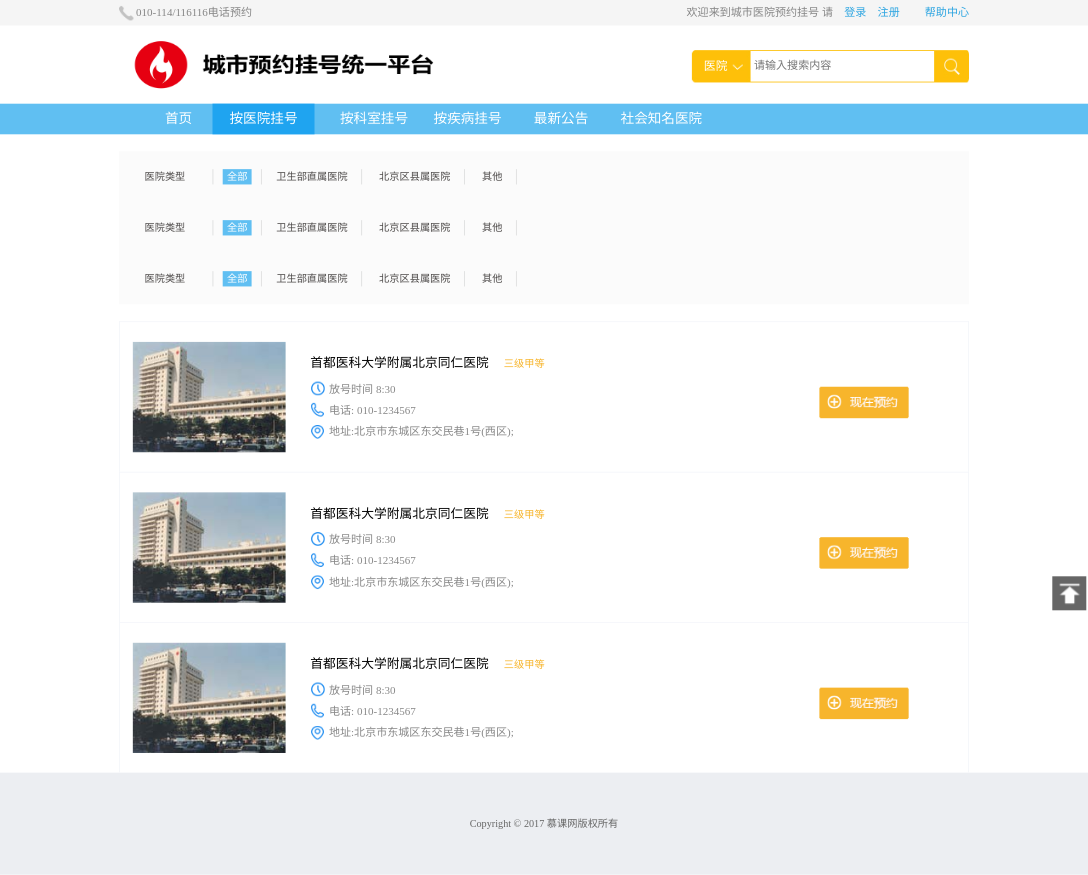
Repository: ScarApocalypse/study
Page: 挂号平台/hosptial.html
These files come from the project's save history. The page is drawn as it stood at one moment and after the next save; the edit follows.
The browser window is 1280 px wide. The pictures show the whole page, at 85% of full size.

Above is the page before, as saved 2019-01-22 14:34:30.

### 挂号平台/hosptial.html
<!DOCTYPE html>
<html lang="en">

<head>
    <meta charset="UTF-8">
    <title>城市预约挂号</title>
    <link rel="stylesheet" href="css/layout.css">
    <link rel="stylesheet" type="text/css" href="css/base.css">
    <link rel="stylesheet" type="text/css" href="css/ui.css">
    <link rel="stylesheet" href="css/hosptial.css">
    <script type="text/javascript" src="js/jquery-1.7.1.min.js"></script>
    <script type="text/javascript" src="js/data.js"></script>
    <script src="js/hosptial.js"></script>
</head>

<body>
    <!-- 顶部区域 -->
    <div id="top" class="top">
        <div class="wrap">
            <p class="call">010-114/116116电话预约</p>
            <p class="welcome">欢迎来到城市医院预约挂号&nbsp;请&nbsp;<a href="#">登录</a>
                <a href="#">注册</a>
                &nbsp;&nbsp;&nbsp;&nbsp;
                <a href="#">帮助中心</a>
            </p>

        </div>
    </div>
    <!-- 头部区域 -->
    <div id="header" class="header">
        <div class="wrap">
            <a href="index.html" class="logo">
                <img src="img/logo.png">
            </a>
            <div class="search ui-search">
                <div class="ui-search-selected">医院</div>
                <div class="ui-search-selected-list">
                    <a href="#">科室</a>
                    <a href="#">疾病</a>
                    <a href="#">医院</a>

                </div>
                <input class="ui-search-input" type="text" name="search-content" placeholder="请输入搜索内容">
                <a href="#" class="ui-search-submit"></a>
            </div>
        </div>
    </div>
    <!-- 导航栏区域 -->
    <div id="nav" class="nav">
        <div class="wrap">
            <a href="index.html" class="link">首页</a>
            <a href="hosptial.html" class="link link_focus">按医院挂号</a>
            <a href="#" class="link">按科室挂号</a>
            <a href="#" class="link">按疾病挂号</a>
            <a href="#" class="link">最新公告</a>
            <a href="#" class="link right">社会知名医院</a>
        </div>
    </div>
    <!-- 筛选区域 -->
    <div id="filter" class="filter wrap">
        <!-- 标题区域 -->
        <div class="group">
            <div class="caption">
                医院类型
                <a href="#" class="condition condition_focus">全部</a>

            </div>
            <a href="#" class="condition">卫生部直属医院</a>
            <a href="#" class="condition">北京区县属医院</a>
            <a href="#" class="condition">其他</a>
        </div>
        <div class="group">
            <div class="caption">
                医院类型
                <a href="#" class="condition condition_focus">全部</a>

            </div>
            <a href="#" class="condition">卫生部直属医院</a>
            <a href="#" class="condition">北京区县属医院</a>
            <a href="#" class="condition">其他</a>
        </div>
        <div class="group">
            <div class="caption">
                医院类型
                <a href="#" class="condition condition_focus">全部</a>

            </div>
            <a href="#" class="condition">卫生部直属医院</a>
            <a href="#" class="condition">北京区县属医院</a>
            <a href="#" class="condition">其他</a>
        </div>

    </div>
    <!-- 列表区域 -->
    <div class="datalist wrap">
        <div class="item">
            <div class="cover"><img src="img/hospital-1.jpg" alt=""></div>
            <div class="name">
                首都医科大学附属北京同仁医院
                <span class="level">三级甲等</span>
            </div>
            <div class="time">放号时间 8:30</div>
            <div class="phone">电话: 010-1234567</div>
            <div class="address">地址:北京市东城区东交民巷1号(西区);</div>
            <a href="#" class="button">&nbsp;</a>
        </div>
        <div class="item">
            <div class="cover"><img src="img/hospital-1.jpg" alt=""></div>
            <div class="name">
                首都医科大学附属北京同仁医院
                <span class="level">三级甲等</span>
            </div>
            <div class="time">放号时间 8:30</div>
            <div class="phone">电话: 010-1234567</div>
            <div class="address">地址:北京市东城区东交民巷1号(西区);</div>
            <a href="#" class="button">&nbsp;</a>
        </div>
        <div class="item">
            <div class="cover"><img src="img/hospital-1.jpg" alt=""></div>
            <div class="name">
                首都医科大学附属北京同仁医院
                <span class="level">三级甲等</span>
            </div>
            <div class="time">放号时间 8:30</div>
            <div class="phone">电话: 010-1234567</div>
            <div class="address">地址:北京市东城区东交民巷1号(西区);</div>
            <a href="#" class="button">&nbsp;</a>
        </div>
    </div>
    <!-- 分页区域 -->
    <div class="pagination wrap">

    </div>
    <!-- 页脚区域 -->
    <div id="footer" class="footer">
        Copyright &copy 2017 慕课网版权所有
    </div>
    <!-- 回到顶部 -->
    <a class="go-top" href="#"></a>
    <script type="text/javascript" src="js/ui.js"></script>
</body>

</html>

### 挂号平台/css/layout.css
*{
	margin:0;
	padding:0;
}
.clearfix:after{
	content:' ';
	display: block;
	height:0;
	line-height: 0;
	clear:both;
	zoom:1;
}
.wrap{
	width: 1000px;
	margin:0 auto;
	position: relative;
}
.top{
	height: 30px;
	background-color:#f5f5f5;
}
.header{
	height: 92px;
}
.nav{
	height: 36px;
	background-color:#60bff2;
}
.banner{
	width: 802px;
	margin:0 auto;
	height: 414px;
	padding:9px 0 0 198px;
}
.banner-slider{
	float: left;
	width: 544px;
	height: 414px;
	background-color: #8edff3;
}
.banner-search{
	float:right;
	width:250px;
	height:255px;
	background-color: #eee;
}
.banner-help{
	float: right;
	width: 250px;
	height: 146px;
	background-color: #ccc;
	margin-top:12px;
}
.content{
	padding:10px 0 38px 0;
}
.content-tab{
	float: left;
	width: 742px;
	height: 490px;
	background-color: #eee;
}
.content-close,
.content-news{
	float: right;
	width: 248px;
	height: 236px;
	border:1px solid #ccc;
}
.content-close{
	margin-top:12px;
	border-color:red;
}
.footer{
	height:70px;
	padding:25px;
	background-color: #eceef2;
}

### 挂号平台/css/base.css
p{
	display: inline-block;
}
a{
	text-decoration: none;
}
select,input{
	border:none;
	outline:none;
}
img{
	display: block;
}
/*top样式*/
.top{
	line-height: 30px;
	font-size:13px;
	color:#868686;
}
.top .call{
	float:left;
	padding-left:20px;
	background:url(../img/icon-call.png) no-repeat center left;
}
.top .welcome{
	float: right;
}
.top a{
	color:#2da5e1;
	padding-left:10px;
}
/*header样式*/
.header .logo{
	width: 402px;
	height: 74px;
	padding:9px 0;
	display: inline-block;
}
.header .logo img{
	width: 100%;
	height: 100%;
}
.header .search{
	width: 326px;
	height: 38px;
	position: absolute;
	right:0;
	top:29px;
	background-color: orange;
}
/*nav样式*/
.nav .link{
	display: inline-block;
	float:left;
	padding-left:30px;
	line-height: 36px;
	color:#fff;
	font-size:16px;
	min-width:80px;
	text-align: center;
}
.nav .link_focus{
	color:#fff;
	background-color:#1fa4f0;
	padding:0 20px;
}
.nav a:hover{
	color:#d7f3ff;
}
.nav .menu{
	width: 130px;
	padding-right: 30px;
	background-color: #1fa4f0;
	position: relative;

}
.nav .menu .menu-list{
	position: absolute;
	background-color: #1fa4f0;
	width: 100%;
	height: 423px;
	left: 0;
	top:36px;

}
/*banner内样式*/
.banner-search{
	background-color: #fafafa
}
.banner-help .caption,
.banner-search .caption{
	height: 22px;
	padding:15px 0 15px 0;
	text-align: center;
}
.banner-help .caption .text,
.banner-search .caption .text{
	display: inline-block;
	height: 22px;
	line-height: 22px;
	padding-left:28px;
	color:#fec009;
	font-size:16px;
	background: url(../img/icon-help.png) no-repeat 0 0;
}

.banner-search .form{
	height: 150px;
}
.banner-search .form .line{
	padding-bottom:9px;
	text-align: center;
}
.banner-search .form .line select{
	width: 170px;
	font-size:12px;
	z-index:0;
	border:1px solid #dcdddd;
	height: 26px;
	line-height: 26px;
	padding:2px 0;
	border-radius: 5px;
	color:#666;
}
.banner-search .submit{
	height: 32px;
	text-align: center;
}
.banner-search .submit .button{
	width: 108px;
	height: 32px;
	background-color: #f3cd09;
	font-size: 14px;
	color:#fff;
	border-radius: 3px;
	cursor: pointer;
}
.banner-help{
	background-color: #fafafa;
}
.banner-help .caption .text{
	color:#00b3ea;
	background-position: 0 -23px;
}
.banner-help .link{
	color:#00b3ea;
	display: inline-block;
	width: 86px;
	height: 26px;
	line-height: 26px;
	font-size:14px;
	text-align: center;
	padding:0 0 8px 26px;
}
/*content样式*/

/*content新闻和停诊样式*/
.content-close,
.content-news{
	background-color:#fff;
	border:1px solid #f4f6fa;
}
.content-close .caption,
.content-news .caption{
	height:38px;
	line-height: 38px;
	background-color: #f4f6fa;
	text-indent:20px;
	color:#fec009;
	font-size:15px;
}
.content-close .more,
.content-news .more{
	float: right;
	padding-right: 22px;
	font-size:12px;
	color:#868686;
}
.content-close .list,
.content-news .list{
	padding: 15px 20px 13px 35px;
	line-height: 29px;
	font-size:12px;
	background: url(../img/list-yellow.jpg) 15px 22px no-repeat;
}
.content-close .list .link,
.content-news .list .link{
	display: block;
	color:#969696;
}
.content-close .caption{
	color:#4ab4ed;
}
.content-close .list{
	background: url(../img/list-blue.jpg) 15px 22px no-repeat;

}
/*tab样式*/
.content-tab{
	background: none;
}
.content-tab .caption{
	height: 34px;
	line-height: 34px;
	background-color: #f5f6fa;
}
.content-tab .caption .item{
	display: block;
	width: 112px;
	height: 34px;
	text-align: center;
	float: left;
	color:#00b3ea;
}
.content-tab .caption .item_focus{
	background-color: #60bff2;
	color:#fff;
}
.content .block{
	border:1px solid #f4f6fa;
	height: 452px;
}
.content-tab .block-caption{
	height: 26px;
	line-height: 26px;
	padding:8px;
	border-bottom:1px solid #f4f6fa;
}
.content-tab .block-caption-item{
	display: inline-block;
	padding:0 10px 0 10px;
	font-size:12px;
	color:#4c4948;
}
.content-tab .block-caption-item_focus{
	background-color: #60bff2;
	color:#fff;
}
.content-tab .block-content{
	padding:16px 12px;
}
.content-tab .block-content .block-list .item{
	float: left;
	width:216px;
	height: 102px;
	padding:0 20px 10px 120px;
	position: relative;
	font-size:12px;
}
.content-tab .block-content .block-list .item img{
	width: 110px;
	height: 98px;
	position: absolute;
	left:0;
	top:0;
}
.content-tab .block-content .block-list .item-name{
	color:#036eb7;
	font-size:14px;
	line-height: 21px;
	padding-top:13px;
}
.content-tab .block-content .block-list .item-level{
	float: right;
	font-size:12px;
	color:#979797;
}
.content-tab .block-content .block-list .item-phone,
.content-tab .block-content .block-list .item-address{
	/*font-size:12px;*/
	line-height: 18px;
	padding-bottom:4px;
	color:#666;
}
/*tab文案列表样式*/
.content-tab .block-content .block-text-list{

}
.content-tab .block-content .block-text-list .item{
	width: 351px;
	height: 27px;
	display: block;
	font-size:14px;
	color:#666;
	padding-top:8px;
	float: left;
	border-bottom:1px dashed #dcdddd;

}
.content-tab .block-content .block-text-list .item:nth-child(2n){
	margin-left:13px;
}
.content-tab .block-content .block-text-list .item .level{
	float: right;
	padding-right:10px;
}
.content-tab .block-content .block-more{
	display: block;
	line-height: 55px;
	text-align: center;
	color:#5084c4;
	font-size:14px;
}
/*页脚样式*/
.footer{
	line-height: 70px;
	text-align: center;
	font-size:12px;
	color:#666;
}
.go-top{
	display: block;
	position: fixed;
	width: 40px;
	height: 40px;
	right:2px;
	bottom:2px;
	z-index:99;
	color:#fff;
	background: rgb(102,102,102) url(../img/icon-go-up.png) center no-repeat;
	/*background: red;*/
}
.go-top:hover{
	background: rgb(102,102,102);
}
.go-top:hover:after{
	content:'回到顶部';
	display: block;
	line-height: 20px;
	text-align: center;
}

### 挂号平台/css/ui.css
/*ui-search搜索*/
.ui-search {
	background: url(../img/ui-search.jpg);
	font-size: 14px;
	color: #fff;
	position: relative;
}

.ui-search-selected {
	width: 70px;
	height: 38px;
	line-height: 38px;
	position: absolute;
	left: 0;
	top: 0;
	text-indent: 14px;
}

.ui-search-selected-list {
	display: none;
	position: absolute;
	width: 67px;
	line-height: 24px;
	background-color: #fff;
	box-shadow: 3px 3px 5px rgba(0, 0, 0, .2);
	left: 2px;
	top: 36px;
	z-index: 2;
}

.ui-search-selected-list a {
	display: block;
	text-align: center;
	color: #a5a2a2;
}

.ui-search-selected-list a:hover {
	background-color: #ebeef5;
}

.ui-search-input {
	width: 208px;
	height: 26px;
	position: absolute;
	top: 5px;
	left: 73px;
	line-height: 26px;
	font-size: 13px;
	color: #a5a2a2;
}

.ui-search-submit {
	display: block;
	position: absolute;
	right: 0;
	top: 1px;
	width: 40px;
	height: 36px;
}

/* ui-menu分类菜单 */
.ui-menu{}
.ui-menu-item{
	height: 22px;
	line-height: 22px;
	padding:8px 5px 9px 6px;
	/* margin-left:2px; */
	/* position: relative; */
}
.ui-menu-item:hover{
	background: #fff;
}
.ui-menu-item-department{
	float: left;
	height: 22px;
	line-height: 22px;
	position: relative;
	padding-left:30px;
	font-size:14px;
	color:#fff;
}
.ui-menu-item-department:before{
	content:'';
	display:block;
	width: 22px;
	height: 21px;
	position: absolute;
	left:0;
	top:1px;
	background:url('../img/icon-menu.jpg') -22px 0 no-repeat;
}
.ui-menu-item:nth-child(2) .ui-menu-item-department:before{
	background-position-y:-22px;
}
.ui-menu-item:nth-child(3) .ui-menu-item-department:before{
	background-position-y:-66px;
}
.ui-menu-item-disease{
	font-size: 12px;
	float:right;
	padding-left:5px;
	color:#d7f3ff
}
.ui-menu-item:hover .ui-menu-item-department:before{
	background-position-x: 0;
}
.ui-menu-item:hover .ui-menu-item-department{
	color:#333;
}
.ui-menu-item:hover .ui-menu-item-disease{
	color:#868686;
}
.ui-menu-item:hover .ui-menu-item-detail{
	display: block;
}
.ui-menu-item-detail{
	display:none;
	position: absolute;
	width: 500px;
	height: 393px;
	padding:20px 10px 10px 29px;
	background:#fff url(../img/bg-menu.jpg) center no-repeat;
	top:0;
	left:190px;
	box-shadow:5px 5px 2px rgba(0,0,0,.1);
	z-index:9;

}
.ui-menu-item-detail-group{
	padding-bottom:20px;
	text-align: left;


}
.ui-menu-item-detail-group-caption{
	width: 100%;
	display:block;
	color:#666;
	font-size:16px;
	font-weight:bold;
	line-height: 34px;
	height: 34px;
}
.ui-menu-item-detail-group-list{
	line-height: 23px;
}
.ui-menu-item-detail-group-list a{
	display: inline-block;
	color:#868686;
	margin-right:8px;
	font-size:12px;
	padding-bottom:5px;
}
.ui-menu-item-detail-group-list a:after{
	content:'|';
	color:#eee;
	padding-left:8px;
}
/* ui-slider组件 */
.ui-slider{
	width: 544px;
	height: 414px;
	position: relative;
	overflow: hidden;
}
.ui-slider-wrap{
	width: 99999px;
	height: 414px;
	position: absolute;
	left:0;
	right:0;
	transition:all .5s;
}
.ui-slider-wrap .item{
	display: block;
	float:left;
	width: 544px;
	height: 414px;
}
.ui-slider-arrow{
	width: 544px;
	height: 40px;
	position: absolute;
	/* background: #000;	 */
	top:50%;
	transform: translateY(-50%);
}
.ui-slider-arrow .item{
	display: block;
	width: 40px;
	height: 40px;
	position: absolute;
	top:0;
	background: url(../img/ui-slider-arrow.png) no-repeat;
}
.ui-slider-arrow .left{
	left:0;
}
.ui-slider-arrow .right{
	right:0;
	background-position: -40px 0;
}
.ui-slider-process{
	width: 544px;
	height: 12px;
	text-align: center;
	position: absolute;
	left:0;
	bottom:20px;
}
.ui-slider-process .item{
	display: inline-block;
	width: 16px;
	height: 16px;
	background:url(../img/ui-slider-process.png) no-repeat;

}
.ui-slider-process .item_focus,
.ui-slider-process .item:hover{
	background-position: -23px 0;
}

### 挂号平台/css/hosptial.css
/* 筛选区域 */
.filter{
    min-height: 100px;
    background-color: #fbfbfb;
    margin:20px auto;
}
.filter .group{
    padding:15px 60px 15px 180px;
    color:#4c4948;
    font-size:12px;
    line-height: 18px;
    min-height:30px;
    position: relative;
}
.filter .group .caption{
    position: absolute;
    left: 30px;
    top: 21px;
    width: 150px;
}
.filter .group .condition{
   color:#4c4948;
   display: inline-block;
   position: relative;
   margin:6px 24px 6px 0px;
   padding:0 5px;
}
.filter .group .caption .condition{
    position: absolute;
    right:0;
    top: -6px;
}
.filter .group .caption .condition::before,
.filter .group .condition::after{
    content:'';
    display: block;
    width: 1px;
    height: 18px;
    background: #dcdddd;
    position: absolute;
    top:0;
    right:-12px;
}
.filter .group .caption .condition::before{
    left:-12px;
}
.filter .group .condition_focus,
.filter .group .condition:hover{
    color:#fff;
    background-color:#60bff2;
}
/* 医院列表 */
.datalist .item{
    height: 130px;
    padding:23px 0 23px 224px;
    border:1px solid #f4f6fa;
    border-bottom:none;
    position: relative;
}
.datalist .item .cover{
    width: 180px;
    height: 130px;
    position: absolute;
    overflow: hidden;
    left: 15px;
    top: 23px;
}
.datalist .item:hover{
    background-color:#f5fcff;
}
.data .item .cover img{
    width: 100%;
    height: 100%;
}
.datalist .item .name{
    padding:13px 0;
    color:#000;
    font-size:15px;
}
.datalist .item .name .level{
    padding:0 2px 0 14px;
    color:#f7b52c;
    font-size: 12px;
}
.datalist .item .address,
.datalist .item .phone,
.datalist .item .time{
    margin-bottom:8px;
    font-size: 13px;
    color:#888;
    line-height: 17px;
    padding-left:22px;
    background: url(../img/icon-tel.png) no-repeat;
    background-position: 1px -36px;
}
.datalist .item .phone{
    background-position: 1px 0;
}
.datalist .item .address{
    background-position: 1px -17px;
}
.datalist .item .button{
    position: absolute;
    width: 105px;
    height: 37px;
    right: 70px;
    top:76px;
    display: block;
    background:url(../img/button-now.png) no-repeat  center left;
}
.datalist .item .button:hover{
    background-position: center right;
}

### 挂号平台/js/hosptial.js
$(function(){
    console.log('hh');
});

### 挂号平台/js/ui.js
//ui-search组件
$.fn.UiSearch = function () {
	var ui = $(this);
	var flag = 0;
	$('.ui-search-selected', ui).on('click', function () {
		if (flag) {
			$('.ui-search-selected-list').hide();
			flag = 0;
		} else {
			$('.ui-search-selected-list').show();
			flag = 1;
		}

		return false;
	});
	$('.ui-search-selected-list a', ui).on('click', function () {
		$('.ui-search-selected').text($(this).text());
		$('.ui-search-selected-list').hide();
		flag = 0;
		return false;
	});
	$('body').on('click', function () {
		if (flag) {
			$('.ui-search-selected-list').hide();
			flag = 0;
		}

	});
};
$.fn.UiSlider = function () {
	var ui = $(this);
	var wrap = $('.ui-slider-wrap');
	var btn_prev = $('.ui-slider-arrow .left', ui);
	var btn_next = $('.ui-slider-arrow .right', ui);
	var items = $('.ui-slider-wrap .item', ui);
	var tips = $('.ui-slider-process .item', ui);
	// 预定义
	var current = 0;
	var size = items.size();
	var width = items.eq(0).width();
	var enableAuto = true;
	// 具体操作
	ui.on('mouseover', function () {
		enableAuto = false;
	}).on('mouseout', function () {
		enableAuto = true;
	});
	wrap
		.on('move_to', function (evt, index) {
			wrap.css('left', index * width * -1);
			tips.removeClass('item_focus').eq(index).addClass('item_focus');
		})
		.on('move_prev', function () {
			if (current <= 0) {
				current = size - 1;
			}
			current = current - 1;
			wrap.triggerHandler('move_to', current);
		})
		.on('move_next', function () {
			if (current == size - 1) {
				current = -1;
			}
			current = current + 1;
			wrap.triggerHandler('move_to', current);
		})
		.on('auto_move', function () {
			setInterval(function () {
				enableAuto && wrap.triggerHandler('move_next');
			}, 2000)
		});
	btn_prev.on('click', function () {
		wrap.triggerHandler('move_prev');
	});
	btn_next.on('click', function () {
		wrap.triggerHandler('move_next');
	});
	wrap.triggerHandler('auto_move');
};
// 级联菜单
$.fn.UiCascading = function () {
	var ui = $(this);
	var selects = $('select', ui);
	selects
		.on('reloadOptions', function () {
			var method = $(this).attr('data-search');
			var args = $(this).attr('data-where').split(',');

			var data = AjaxRemoteGetData[method].apply(this,args);
			var select = $(this);

			select.find('option').remove();
			// console.log(select[0]);
			$.each(data, function (i, item) {
				var el = $('<option value="' + item + '">' + item + '</option>');
				// console.log(el[0]);

				select.append(el);
			});

		})
		.on('change', function () {
			var val = $(this).val();
			var index = selects.index(this);
			// 触发下一个select的更新，根据当前的值
			var where = $(this).attr('data-where');
			where = where ? where.split(',') : [];
			where.push($(this).val());
			selects.eq(index + 1)
				.attr('data-where', where.join(','))
				.triggerHandler('reloadOptions');

			ui.find('select:gt(' + (index + 1) + ')').each(function () {
				$(this)
					.attr('data-where', '')
					.triggerHandler('reloadOptions');
			});


		});

	selects.eq(0).triggerHandler('reloadOptions');

};
$.fn.UiTab=function(header,content,focus_prefix){
	var ui=$(this);
	var tabs=$(header,ui);
	var cons=$(content,ui);
	var focus_prefix=focus_prefix||'';
	tabs.on('click',function(){
		var index=$(this).index();

		tabs.removeClass(focus_prefix+'item_focus').eq(index).addClass(focus_prefix+'item_focus');
		cons.hide().eq(index).show();

	});
};
$(function () {
	console.log("hello");
	$('.ui-search').UiSearch();
	$('.ui-slider').UiSlider();
	$('.ui-cascading').UiCascading();
	$('.content-tab').UiTab('.caption > .item','.block > .item');
	$('.content-tab .block .item').UiTab('.block-caption>a','.block-content > .block-wrap','block-caption-');
	console.log(AjaxRemoteGetData.getDistinctArea());
});

Loaded but not shown: 挂号平台/js/jquery-1.7.1.min.js (library); 挂号平台/js/data.js (172 lines, source omitted)

After the next save:
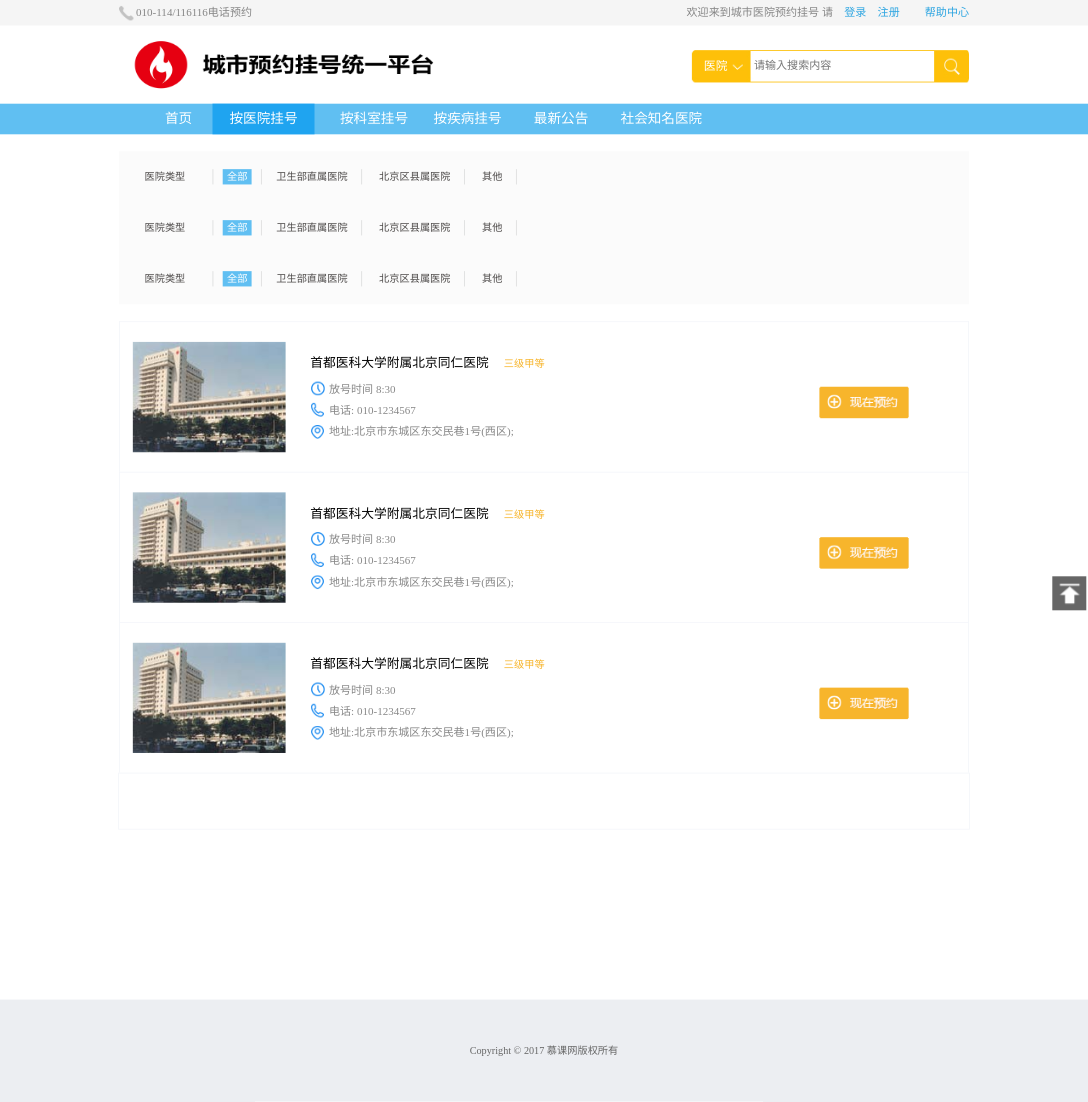
Saved 3 min 10 s later.
--- a/挂号平台/css/hosptial.css
+++ b/挂号平台/css/hosptial.css
@@ -111,3 +111,15 @@
 .datalist .item .button:hover{
     background-position: center right;
 }
+/* 分页区域 */
+.pagination{
+    height: 45px;
+    line-height: 25px;
+    border:1px solid #f4f6fa;
+    text-align: center;
+    color:#666;
+    font-size:15px;
+    margin-bottom:200px;
+    padding:10px 0;
+
+}
